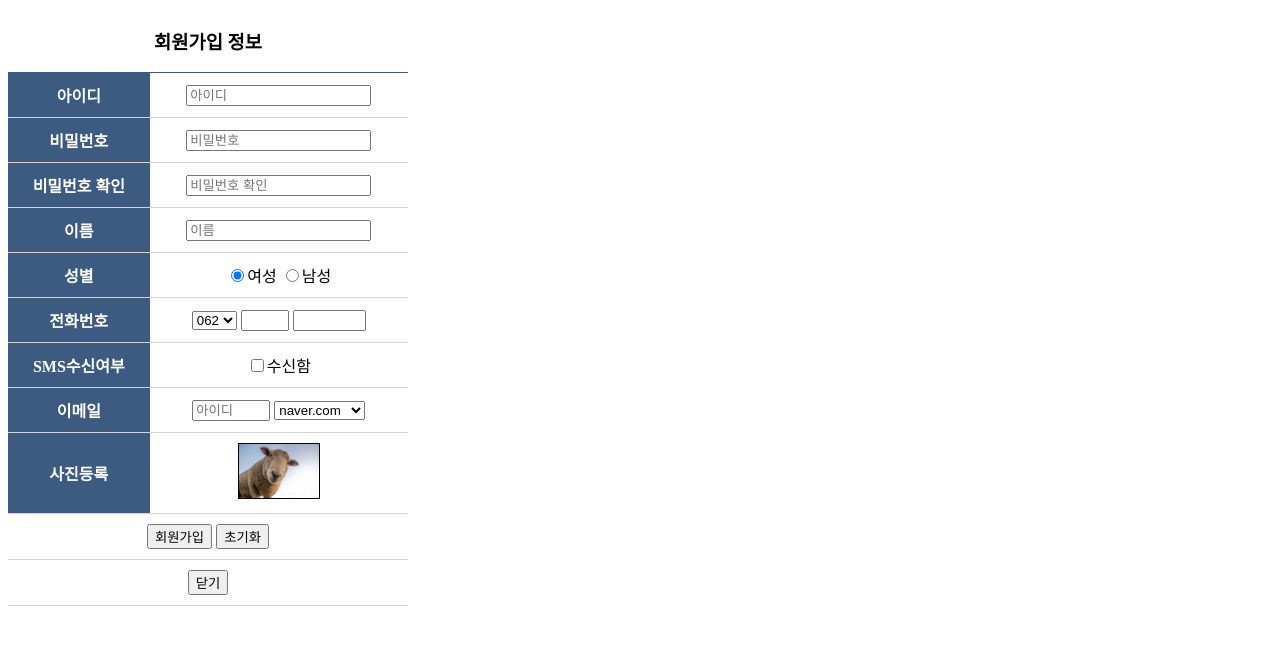
Repository: itkezi/HTML_2022_505
Page: Web/WebContent/HTML/0321_EX.html
These files come from the project's save history. The page is drawn as it stood at one moment and after the next save; the edit follows.
The browser window is 1280 px wide. The pictures show the whole page.

Above is the page before, as saved 2022-03-25 04:28:36.

### Web/WebContent/HTML/0321_EX.html
<!DOCTYPE html>
<html>
<head>
<meta charset="UTF-8">
<title>0321 연습</title>

<style>
table { border-top: 1px solid #3d5a80;
		border-collapse: collapse; width: 400px}
th, td { border-bottom: 1px solid lightgray; padding: 10px; text-align: center; }
th {background-color: #3d5a80; color: white}

</style>
</head>

<body>
<form action='' method='get'autocomplete='off' enctype='multipart/from-data'>
<table>
<caption><h3>회원가입 정보</h3></caption>
	<tr>
		<th>아이디</th>
		<td><input type='text' name='name' placeholder='아이디' required></td>
	</tr>
	<tr>
		<th>비밀번호</th>
		<td><input type='text' name='password' placeholder='비밀번호' required></td>
	</tr>
	<tr>
		<th>비밀번호 확인</th>
		<td><input type='text' name='password2' placeholder='비밀번호 확인' required></td>
	</tr>
	<tr>
		<th>이름</th>
		<td><input type='text' name='name' placeholder='이름' required></td>
	</tr>
	<tr>
		<th>성별</th>
		<td>
			<input type='radio' name='gender' value='여성' id='male' checked><label for ='male'>여성</label>
			<input type='radio' name='gender' value='남성	'id='female'><label for ='female'>남성</label>
		</td>
	</tr>
	<tr>
		<th>전화번호</th>
		<td><select name='phone1' required>
			<option>02</option>
			<option selected>062</option>
			<option>032</option>
			<option>031</option></select>
			<input style=width:40px type='text' name='phone2' required>
			<input style=width:65px type='text' name='phone3' required>
		</td>
	</tr>
	<tr>
		<th>SMS수신여부</th>
		<td><label><input type='checkbox' name='smsY/N' value='Y'>수신함</label></td>
	</tr>
	<tr>
		<th>이메일</th>
		<td>
			<input style=width:70px type='text' name='emailID' placeholder='아이디' required>
			<select name='emailservice' required>
			<option>naver.com</option>
			<option>google.com</option>
			<option>hanmail.net</option>
			<option>nate.com</option>
			<option value='direct'>직접입력</option>
			</select>
			</td>
	</tr>
	<tr>
		<th>사진등록</th>
		<td><label><input type='file' style='display:none'>
				   <img src='../images/sheep.jpg' width='80px; height:15px' style='border:1px solid'>

			</label></td>
	</tr>
	<tr>
		<td colspan='2'>
			<input type="submit" value='회원가입'>
			<input type="reset" value='초기화'></td>
	</tr>
	<tr>
		<td colspan='2'><input type='button' value='닫기' onclick='window.close()'></td>
	</tr>
</table></form><br>

</body>
</html>

After the next save:
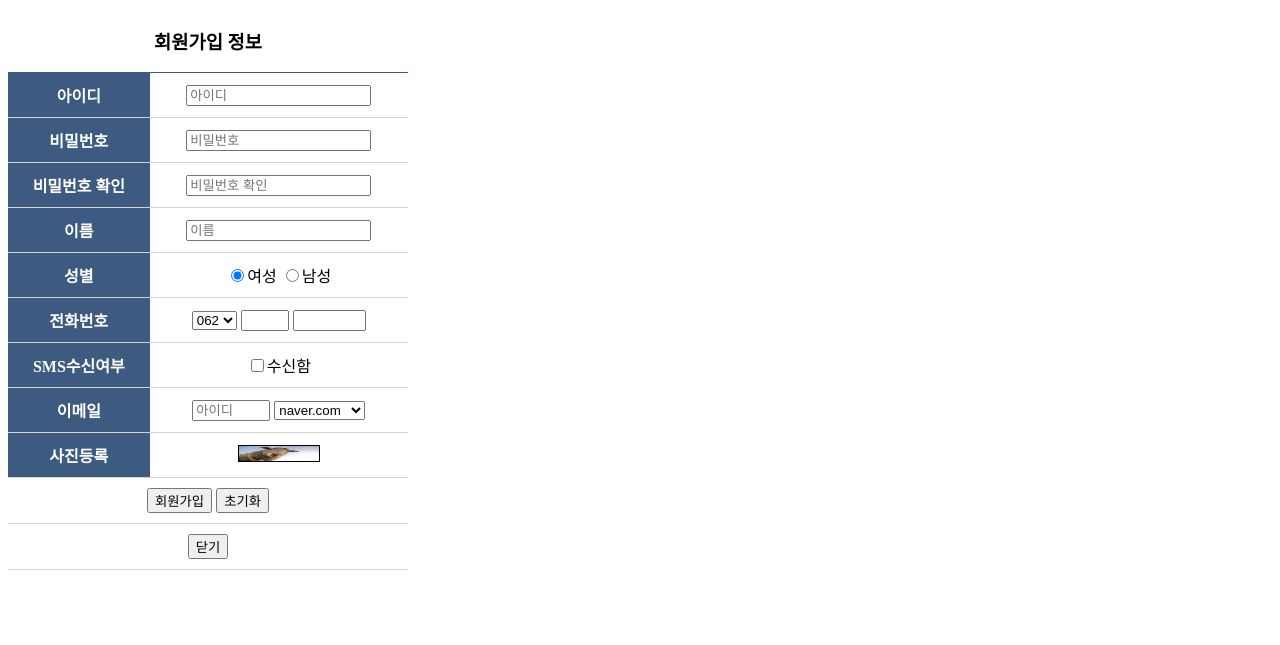
Saved 22 s later.
--- a/Web/WebContent/HTML/0321_EX.html
+++ b/Web/WebContent/HTML/0321_EX.html
@@ -71,7 +71,7 @@ th {background-color: #3d5a80; color: white}
 	<tr>
 		<th>사진등록</th>
 		<td><label><input type='file' style='display:none'>
-				   <img src='../images/sheep.jpg' width='80px; height:15px' style='border:1px solid'>
+				   <img src='../images/sheep.jpg' width='80px' height='15px' style='border:1px solid'>
 
 			</label></td>
 	</tr>
